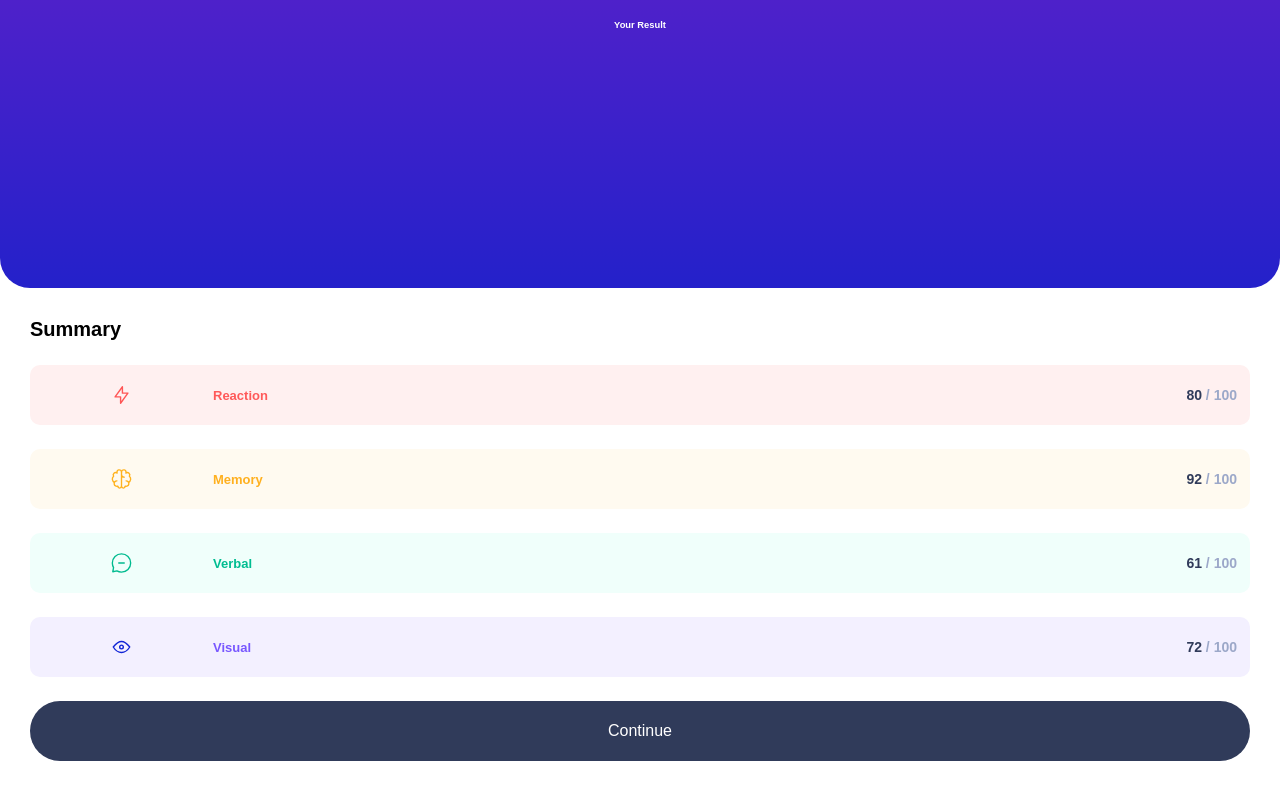
Repository: limaneto/frontend-mentor-results-summary
Page: index.html
An editor plug-in stored every save of this project. The page is shown before and after the next save, followed by the edit.
The browser window is 1280 px wide. The pictures show the whole page.

Above is the page before, as saved 2023-11-06 08:59:36.

### index.html
<!DOCTYPE html>
<html lang="en">
  <head>
    <meta charset="UTF-8">
    <meta name="viewport" content="width=device-width, initial-scale=1.0">
    <link rel="stylesheet" href="style.css">
  </head>
  <body>
    <main>
      <section id='result'>
        <h1>Your Result</h1>
      </section>
      <summary>
        <h2>Summary</h2>
        <ul>
          <li id='reaction'>
            <img id='icons' src="./assets/images/icon-reaction.svg" alt="Lightning">
            Reaction
            <span>
              80 <span>/ 100</span>
            </span>
          </li>
          <li id='memory'>
            <img id='icons' src="./assets/images/icon-memory.svg" alt="Brain">
            Memory
            <span>
              92 <span>/ 100</span>
            </span>
          </li>
          <li id='verbal'>
            <img id='icons' src="./assets/images/icon-verbal.svg" alt="Cloud">
            Verbal
            <span>
              61 <span>/ 100</span>
            </span>
          </li>
          <li id='visual'>
            <img id='icons' src="./assets/images/icon-visual.svg" alt="Eye">
            Visual
            <span>
              72 <span>/ 100</span>
            </span>
          </li>
        </ul>
        <button>Continue</button>
      </summary>
    </main>
  </body>
</html>

### style.css
:root {
  --red: #ff5959;
  --orangey:	#ffb01f;
  --green: #00bd91;
  --blue: #1125d4;
  --pale-blue: #ebf1ff;
  --white: #ffffff;
  --dark-gray-blue: #303b5a;
  --lavender: #c8c7ff;
  --g-slate-blue: #7857ff;
  --g-royal-blue: #2e2be9;
  --g-violet-blue: #4e21ca;
  --g-persian-blue: #2421ca;
}

@font-face {
  font-family: 'HankenGrotesk', sans-serif;
  src: url(./assets/fonts//HankenGrotesk-VariableFont_wght.ttf);
}

* {
  box-sizing: border-box;
  margin: 0;
  padding: 0;
}

html, body {
  font-size: 62.5%;
  font-family: 'HankenGrotesk', sans-serif;
  height: 100vh;
  width: 100vw;
}

li {
  display: block;
}

main {
  height: 100%;
  width: 100%;
}

section {
  display: flex;
  flex-direction: column;
  align-items: center;
  justify-content: space-between;
  padding: 2.0rem;
  height: 40%;
  background: linear-gradient(0deg, var(--g-persian-blue) 0%, var(--g-violet-blue) 100%);
  background-color: var(--g-royal-blue);
  border-bottom-left-radius: 30px;
  border-bottom-right-radius: 30px;
  color: var(--white);
}

summary {
  padding: 30px;
}

summary > h2 {
  font-size: 2rem;
}

summary > ul > li {
  font-size: 1.3rem;
  font-weight: bold;
  display: flex;
  align-items: center;
  width: 100%;
  height: 60px;
  border-radius: 10px;
  background-color: #00bd91;
  margin: 24px 0;
}

#reaction {
  color: var(--red);
  background-color: hsl(0, 100%, 97%);
}

#memory {
  color: var(--orangey);
  background-color: hsl(39, 100%, 97%);
}

#verbal {
  color: var(--green);
  background-color: hsl(166, 100%, 97%);
}

#visual {
  color: var(--g-slate-blue);
  background-color: hsl(252, 100%, 97%);
}

#icons {
  width: 15%;
  height: 2.2rem;
}

li > span {
  color: var(--dark-gray-blue);
  font-size: 1.4rem;
  margin-right: 1.3rem;
  margin-left: auto;
}

li > span > span {
  color: hsl(224, 30%, 70%);
}

summary > button {
  background-color: var(--dark-gray-blue);
  width: 100%;
  height: 60px;
  color: var(--white);
  border: none;
  border-radius: 3.2rem;
  font-size: 1.6rem;
}

After the next save:
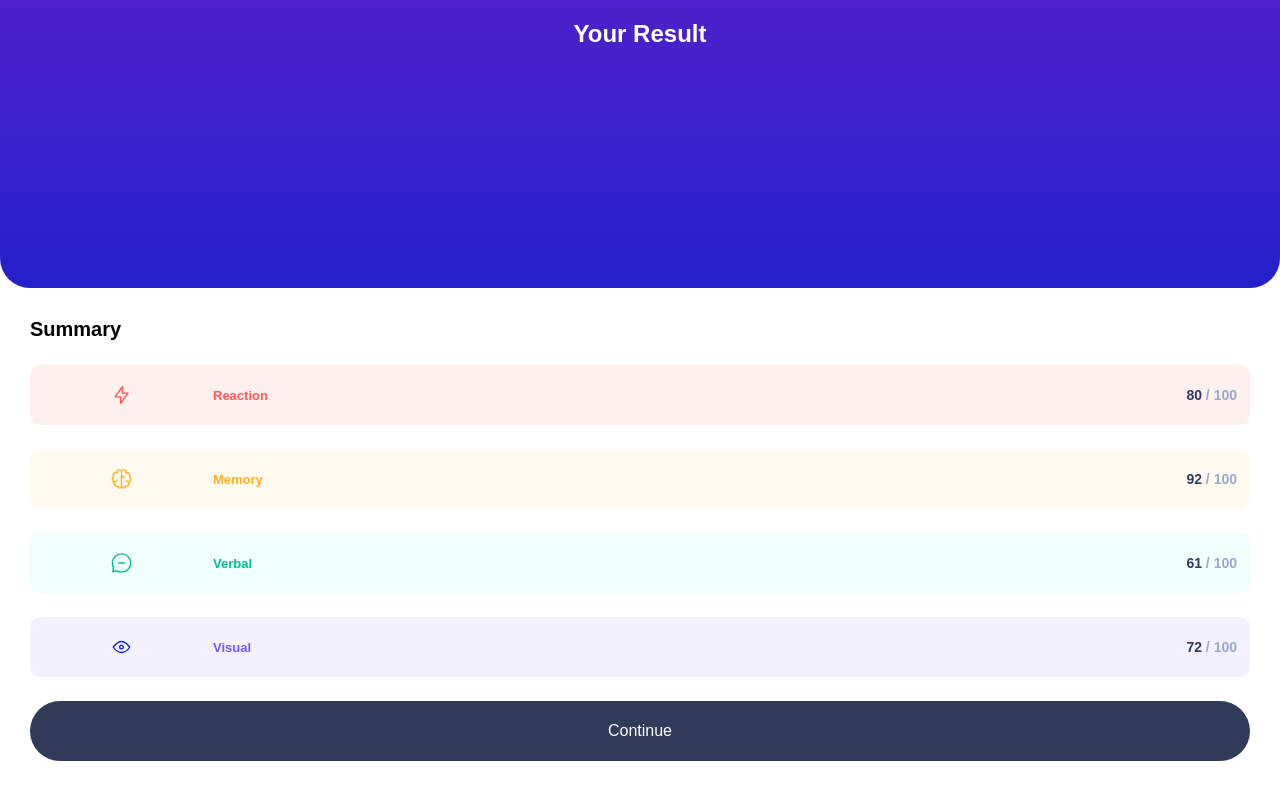
Saved 9 s later.
--- a/style.css
+++ b/style.css
@@ -52,6 +52,10 @@ section {
   border-bottom-left-radius: 30px;
   border-bottom-right-radius: 30px;
   color: var(--white);
+}
+
+section > h1 {
+  font-size: 2.4rem;
 }
 
 summary {
